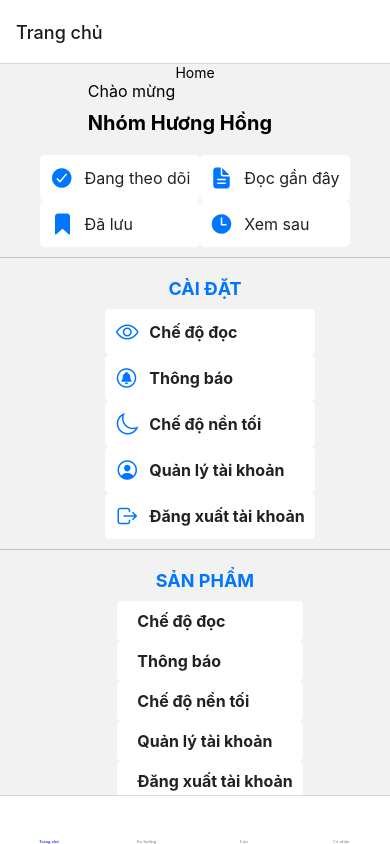
Repository: Quynhhuong150322/New_Daily
Screen: /BottomTab
The author's editor kept a copy of each file at every save. The screen is drawn from the files as they stood at one save, then again after the next save.
An inner scrolling area shows only its first screen. The app was drawn by React Native's web renderer in a window 390 px wide. The project was rebuilt for these pictures with package versions that can differ from the ones it lists, and the page was loaded fresh each time. Also part of the build but not shown: firebase.js, screens/Login.js, screens/Signup.js, screens/Trending.js, screens/Save.js, screens/Profile.js, screens/Setting.js, screens/Dark_Mode.js and 1 more.

Above is the screen before, as saved 2023-12-20 03:08:28.

### App.js
import React from "react";
import {  StyleSheet, View } from "react-native";
import AppNavigator from "./navigation/AppNavigator";


export default function App() {
  return (
    <View style={styles.container}>
      <AppNavigator />
    </View>
  );
}

const styles = StyleSheet.create({
  container: {
    flex: 1,
  },
});

### navigation/AppNavigator.js
import { NavigationContainer } from '@react-navigation/native';
import { createNativeStackNavigator } from "@react-navigation/native-stack"
import Login from "../screens/Login";
import Signup from "../screens/Signup";
import  Welcome from "../screens/Welcome";
import  Home from "../screens/Home";
import  BottomTab from "../screens/BottomTab";
import Trending from '../screens/Trending'
import Save from '../screens/Save'
import Profile from '../screens/Profile'
import Setting from '../screens/Setting'
import Dark_Mode from '../screens/Dark_Mode'
import Following from '../screens/Following'
import Notification from '../screens/Following'
import Privacy_Policy from '../screens/Following'
import Read_Later from '../screens/Following'
import Read_Recently from '../screens/Dark_Mode'
import Saved from '../screens/Following'
import Terms_Of_Use from '../screens/Following'

const Stack = createNativeStackNavigator();


export default function AppNavigator() {
  return (
    <NavigationContainer>
      <Stack.Navigator
        initialRouteName='Welcome'
      >
        <Stack.Screen
          name="Welcome"
          component={Welcome}
          options={{
            headerShown: false
          }}
        />
        <Stack.Screen
          name="Login"
          component={Login}
          options={{
            headerShown: false
          }}
        />
        <Stack.Screen
          name="Signup"
          component={Signup}
          options={{
            headerShown: false
          }}
        />
        <Stack.Screen
          name="BottomTab"
          component={BottomTab}
          options={{ headerShown: false }}
        />
        <Stack.Screen
          name="Home"
          component={Home}
          options={{ headerShown: false }}
        />
        <Stack.Screen
          name="Trending"
          component={Trending}
        />
        <Stack.Screen
          name="Save"
          component={Save}
        />
        <Stack.Screen
          name="Profile"
          component={Profile}
        />
        <Stack.Screen
          name="Setting"
          component={Setting}
        />
        <Stack.Screen
          name="Dark_Mode"
          component={Dark_Mode}
        />
        <Stack.Screen
          name="Following"
          component={Following}
        />
        <Stack.Screen
          name="Notification"
          component={Notification}
        />
        <Stack.Screen
          name="Privacy_Policy"
          component={Privacy_Policy}
        />
        <Stack.Screen
          name="Read_Later"
          component={Read_Later}
        />
        <Stack.Screen
          name="Read_Recently"
          component={Read_Recently}
        />
        <Stack.Screen
          name="Saved"
          component={Saved}
        />
        <Stack.Screen
          name="Terms_Of_Use"
          component={Terms_Of_Use}
        />

      </Stack.Navigator>
    </NavigationContainer>
  );
}

### screens/Welcome.js
import { View, Text, Pressable, Image } from 'react-native'
import React from 'react'
import { LinearGradient } from "expo-linear-gradient";
import colors from '../constants/colors';
import Button from '../components/Button';

const Welcome = ({ navigation }) => {

    return (
        <LinearGradient
            style={{
                flex: 1
            }}
            colors={[colors.Xanh_nhat, colors.Xanh_nhat]}
        >
            <View style={{ flex: 1 }}>
                <View>
                    <Image
                        source={require("../assets/Loading.png")}
                        style={{
                            height: 500,
                            width: 500,
                            position: "absolute",
                            top: 5,
                            right: -50,
                        }}
                    />

                    {/* <Image
                        source={require("../assets/Logo-4.png")}
                        style={{
                            height: 100,
                            width: 100,
                            borderRadius: 20,
                            position: "absolute",
                            top: -30,
                            left: 100,
                            transform: [
                                { translateX: 50 },
                                { translateY: 50 },
                                { rotate: "-5deg" }
                            ]
                        }}
                    /> */}
                </View>

                {/* content  */}

                <View style={{
                    paddingHorizontal: 22,
                    position: "absolute",
                    top: 400,
                    width: "100%"
                }}>
                    <Text style={{
                        fontSize: 25,
                        fontWeight: 1000,
                        color: colors.Xam1,
                        top: 30,
                        fontFamily: 'OpenSans-Regular',
                    }}>Đọc báo chỉ với một ứng dụng</Text>
                    <Text style={{
                        fontSize: 40,
                        fontWeight: 800,
                        color: colors.Den,
                        fontFamily: 'Helvetica-Bold',
                        top: 40,
                    }}>New Daily</Text>

                    <View style={{ marginVertical: 22 }}>
                        <Text style={{
                            fontSize: 16,
                            color: colors.Xam1,
                            marginVertical: 4,
                            top: 40,
                            fontFamily: 'OpenSans-Regular',
                        }}>Đọc tin tức mới nhất một cách mượt mà và nhanh chóng vào thời gian rảnh</Text>

                    </View>

                    <Button
                        title= {
                            <Text style={{
                                color: colors.Trang, fontSize: 25,
                                fontFamily: 'Helvetica-Bold',
                                }}>Đọc ngay
                            </Text>
                        }
                        onPress={() => navigation.navigate("Signup")}
                        style={{
                            marginTop: 22,
                            width: "100%",
                            backgroundColor: colors.Xanh_dam,
                            top: 30,
                        }}
                    />

                    <View style={{
                        flexDirection: "row",
                        marginTop: 12,
                        justifyContent: "center",
                        top: 50
                    }}>
                        <Text style={{
                            fontSize: 16,
                            color: colors.Den
                        }}>Bạn đã có tài khoản chưa?</Text>
                        <Pressable
                            onPress={() => navigation.navigate("Login")}
                        >
                            <Text style={{
                                fontSize: 16,
                                color: colors.Xanh_dam,
                                fontWeight: "bold",
                                marginLeft: 4
                            }}>Đăng nhập</Text>
                        </Pressable>

                    </View>
                </View>
            </View>
        </LinearGradient>
    )
}

export default Welcome

### screens/Home.js
import { View, Text, StyleSheet, ScrollView, Image } from "react-native";
import React from "react";
// import React, {useState} from "react";
import colors from '../constants/colors';
import Divider from '../components/Divider';
import Tab from '../components/Tab';
import { SafeAreaView } from "react-native-safe-area-context";
import { Ionicons } from "@expo/vector-icons";
import { useNavigation } from '@react-navigation/core';

export default function Home({navigation}) {
  return (
  <ScrollView>
    <View style={styles.container}>
      <Text>Home</Text>
      <View style={{
            flexDirection: 'row',
            justifyContent: 'space-around',
            alignItems: 'center',
          }}>

            <View style={{
                color: colors.Den,
                marginRight: 30
              }}>
              <Text style={{
                fontSize: 16,
                }}>
                Chào mừng
              </Text>
              <Text style={{
                fontSize: 20,
                marginTop: 10,
                fontWeight: 'bold',
                }}>
                Nhóm Hương Hồng
              </Text>
            </View>


          </View>

          <View style = {{
            flexDirection: 'row',
            justifyContent: 'space-around',
            alignItems: 'center',
            marginBottom: 10,
            marginTop: 20}}>
            <View>
              <Tab icon="checkmark-circle" title="Đang theo dõi" navigateTo="Home" />
              <Tab icon="bookmark" title="Đã lưu" navigateTo="Home" />
            </View>
            <View>
              <Tab icon="document-text" title="Đọc gần đây" navigateTo="Home" />
              <Tab icon="time" title="Xem sau" navigateTo="Home" />
            </View>
          </View>

          <Divider color={colors.Xam3}  />

          <Text style={{
            fontSize: 18,
            marginLeft: 20,
            marginTop:20,
            color: colors.Xanh_dam,
            fontWeight: 'bold',
            }}>
            CÀI ĐẶT
          </Text>

          <View style = {{
            fontSize: 18,
            marginBottom: 10,
            marginTop: 10,
            marginLeft: 30
            }}>
            <Tab icon="eye-outline" title="Chế độ đọc " navigateTo="Home" fontWeight='bold' />
            <Tab icon="notifications-circle-outline" title="Thông báo" navigateTo="Home" fontWeight='bold'/>
            <Tab icon="moon-outline" title="Chế độ nền tối" navigateTo="Home" fontWeight='bold'/>
            <Tab icon="person-circle-outline" title="Quản lý tài khoản " navigateTo="Home" fontWeight='bold'/>
            <Tab icon="log-out-outline" title="Đăng xuất tài khoản" navigateTo="Home" fontWeight='bold'/>
          </View>

          <Divider color={colors.Xam3}  />

          <Text style={{
            fontSize: 18,
            marginLeft: 20,
            marginTop:20,
            color: colors.Xanh_dam,
            fontWeight: 'bold',
            }}>
            SẢN PHẨM
          </Text>

          <View style = {{
            fontSize: 18,
            marginBottom: 10,
            marginTop: 10,
            marginLeft: 30
            }}>
            <Tab title="Chế độ đọc " navigateTo="Home" fontWeight='bold' />
            <Tab title="Thông báo" navigateTo="Home" fontWeight='bold'/>
            <Tab title="Chế độ nền tối" navigateTo="Home" fontWeight='bold'/>
            <Tab title="Quản lý tài khoản " navigateTo="Home" fontWeight='bold'/>
            <Tab title="Đăng xuất tài khoản" navigateTo="Home" fontWeight='bold'/>
          </View>

          <Divider color={colors.Xam3}  />

          <Divider color={colors.Xam3}  />

          <View style={{
            margin: 15,
            // marginLeft: 20,

          }}>
            <Text style={{
              fontSize: 18,
              marginBottom: 10,
              color: colors.Xanh_dam,
              fontWeight: 'bold'}}>
              Báo điện tử New Daily
            </Text>
            <Text style={{
              marginBottom: 10,
              }}>
              Báo tiếng Việt đồng hành cùng bạn trong mọi bản tin
            </Text>
            <Text style={{
              marginBottom: 10,
              }}>
              Thuộc lớp Công nghệ lập trình đa nền tảng cho ứng dụng di động - IE307.O13.CNCL
            </Text>
            <Text style={{
              marginBottom: 10,
              }}>
              Địa chỉ: Khu phố 6, P.Linh Trung, Tp.Thủ Đức, Tp.Hồ Chí Minh
            </Text>
            <Text style={{
              marginBottom: 30,
              }}>
              Email: 20521383@gm.uit.edu.vn hoặc 20521357@gm.uit.edu.vn
            </Text>
            <Text style={{
              marginBottom: 10,
              fontWeight: 'bold'
              }}>
              © 2023. Toàn bộ bản quyền thuộc về New Daily
            </Text>
          </View>
    </View>
  </ScrollView>

  );
}
const styles = StyleSheet.create({
  container: {
    flex: 1,
    justifyContent: "center",
    alignItems: "center",
  },
});

### screens/BottomTab.js
import * as React from "react";
import { createBottomTabNavigator } from "@react-navigation/bottom-tabs";
import Ionicons from "react-native-vector-icons/Ionicons";
import Home from './Home'
import Trending from './Trending'
import Save from './Save'
import Profile from './Profile'

const Tab = createBottomTabNavigator();

export default function MyTabs() {
    return (
        <Tab.Navigator
        screenOptions={({ route }) => ({
            tabBarIcon: ({ focused, color, size }) => {
            let iconName;

            if (route.name === "Home") {
                iconName = focused ? "home" : "home-outline";
            } else if (route.name === "Trending") {
                iconName = focused ? "trending-up" : "trending-up-outline";
            } else if (route.name === "Save") {
                iconName = focused ? "save" : "save-outline";
            } else if (route.name === "Profile") {
                iconName = focused ? "person" : "person-outline";
            }

            return <Ionicons name={iconName} size={size} color={color} style={{ marginTop: 5 }}/>;
            },
        })}
        tabBarOptions={{
            activeTintColor: "blue",
            inactiveTintColor: "gray",
            labelStyle: {
                fontSize: 5,
                fontFamily: 'OpenSans-Regular',
            },
        }}
        >
        <Tab.Screen name="Trang chủ" component={Home} />
        <Tab.Screen name="Xu hướng" component={Trending} />
        <Tab.Screen name="Lưu" component={Save} />
        <Tab.Screen name="Cá nhân" component={Profile} />
        </Tab.Navigator>
    );
}

### constants/colors.js
const colors = {
    Xanh_nhat: "#D0ECEF",
    Xanh_dam: "#0075FF",
    Do: "#FF0000",
    Xam1: "#666666",
    Xam2: "#9E9C9C",
    Xam3: "#C0C0C0",
    Den: "#222222",
    Trang: "#FFFFFF",

}

export default colors;

### components/Button.js
import { Text, TouchableOpacity, StyleSheet } from 'react-native'
import React from 'react'
import colors from '../constants/colors'

const Button = (props) => {
    const filledBgColor = props.color || colors.primary;
    const outlinedColor = colors.white;
    const bgColor = props.filled ? filledBgColor : outlinedColor;
    const textColor = props.filled ? colors.white : colors.primary;

    return (
        <TouchableOpacity
            style={{
                ...styles.button,
                ...{ backgroundColor: bgColor },
                ...props.style
            }}
            onPress={props.onPress}
        >
            <Text style={{ fontSize: 20, ... { color: textColor } }}>{props.title}</Text>
        </TouchableOpacity>
    )
}

const styles = StyleSheet.create({
    button: {
        paddingBottom: 16,
        paddingVertical: 10,
        borderColor: colors.Xanh_dam,
        borderWidth: 2,
        borderRadius: 12,
        alignItems: 'center',
        justifyContent: 'center'
    }
})
export default Button

### components/Divider.js
import React from 'react';
import { View, StyleSheet } from 'react-native';
import colors from '../constants/colors';

const Divider = ({ color = colors.Xam1, length = '100%' }) => {
    return (
        <View
        style={{
            ...styles.divider,
            backgroundColor: color,
            width: length
        }}
        />
    );
};

const styles = StyleSheet.create({
    divider: {
    height: 1,
    marginHorizontal: 10,
    alignSelf: 'center'
    }
});

export default Divider;

### components/Tab.js
import React from 'react';
import { TouchableOpacity, Text, StyleSheet, View } from 'react-native';
import { Ionicons } from '@expo/vector-icons';
import { useNavigation } from '@react-navigation/native';
import colors from '../constants/colors';

const Tab = ({ icon, title, navigateTo, fontSize = 16, fontWeight = 'normal' }) => {
    const navigation = useNavigation();

    return (
        <TouchableOpacity style={styles.button} onPress={() => navigation.navigate(navigateTo)}>
        <Ionicons name={icon} size={24} color="#0075FF" />
        <Text style={{ ...styles.text, fontSize: fontSize, fontWeight }}>{title}</Text>
        </TouchableOpacity>
    );
};

const styles = StyleSheet.create({
    button: {
        flexDirection: 'row',
        alignItems: 'center',
        backgroundColor: colors.Trang,
        padding: 10,
        borderRadius: 5
    },
    text: {
        marginLeft: 10,
        color: colors.Den,
        // fontSize: 16
    }
});

export default Tab;

After the next save:
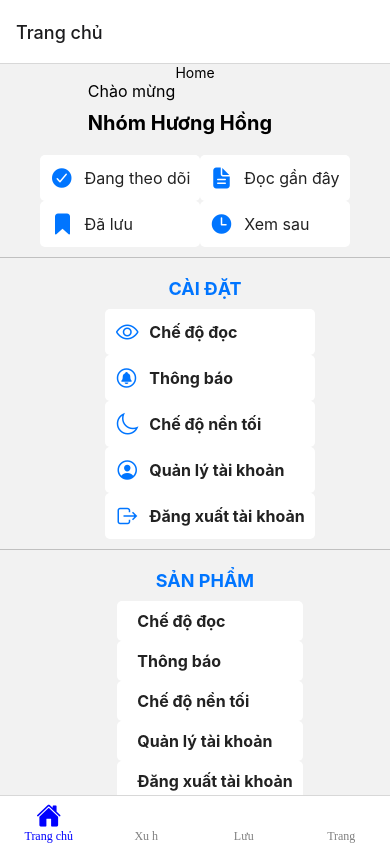
Saved 45 s later.
--- a/screens/BottomTab.js
+++ b/screens/BottomTab.js
@@ -15,7 +15,7 @@
             tabBarIcon: ({ focused, color, size }) => {
             let iconName;
 
-            if (route.name === "Home") {
+            if (route.name === "Trang chủ") {
                 iconName = focused ? "home" : "home-outline";
             } else if (route.name === "Trending") {
                 iconName = focused ? "trending-up" : "trending-up-outline";
@@ -32,15 +32,15 @@
             activeTintColor: "blue",
             inactiveTintColor: "gray",
             labelStyle: {
-                fontSize: 5,
+                fontSize: 12,
                 fontFamily: 'OpenSans-Regular',
             },
         }}
         >
         <Tab.Screen name="Trang chủ" component={Home} />
-        <Tab.Screen name="Xu hướng" component={Trending} />
+        <Tab.Screen name="Xu h" component={Trending} />
         <Tab.Screen name="Lưu" component={Save} />
-        <Tab.Screen name="Cá nhân" component={Profile} />
+        <Tab.Screen name="Trang" component={Profile} />
         </Tab.Navigator>
     );
 }
